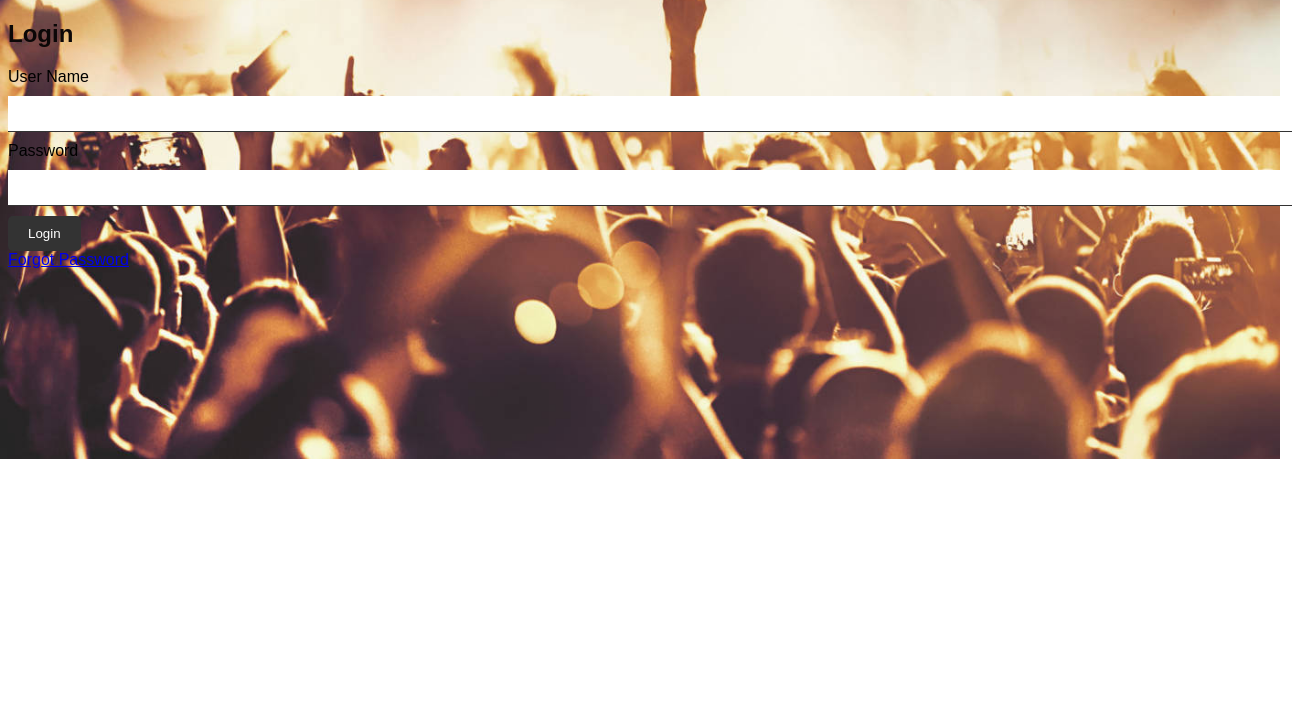
Repository: Dulankayapa/2ndyearoopprojrct
Page: http://localhost/feedback/login.jsp
These files come from the project's save history. The page is drawn as it stood at one moment and after the next save; the edit follows.
The browser window is 1280 px wide. The page is 1292 px wide, so the pictures cover 1292 px, including what lies to the right of the window. The pictures show the whole page.
The page is served by Tomcat 9.

Above is the page before, as saved 2023-10-23 03:12:20.

After the next save:
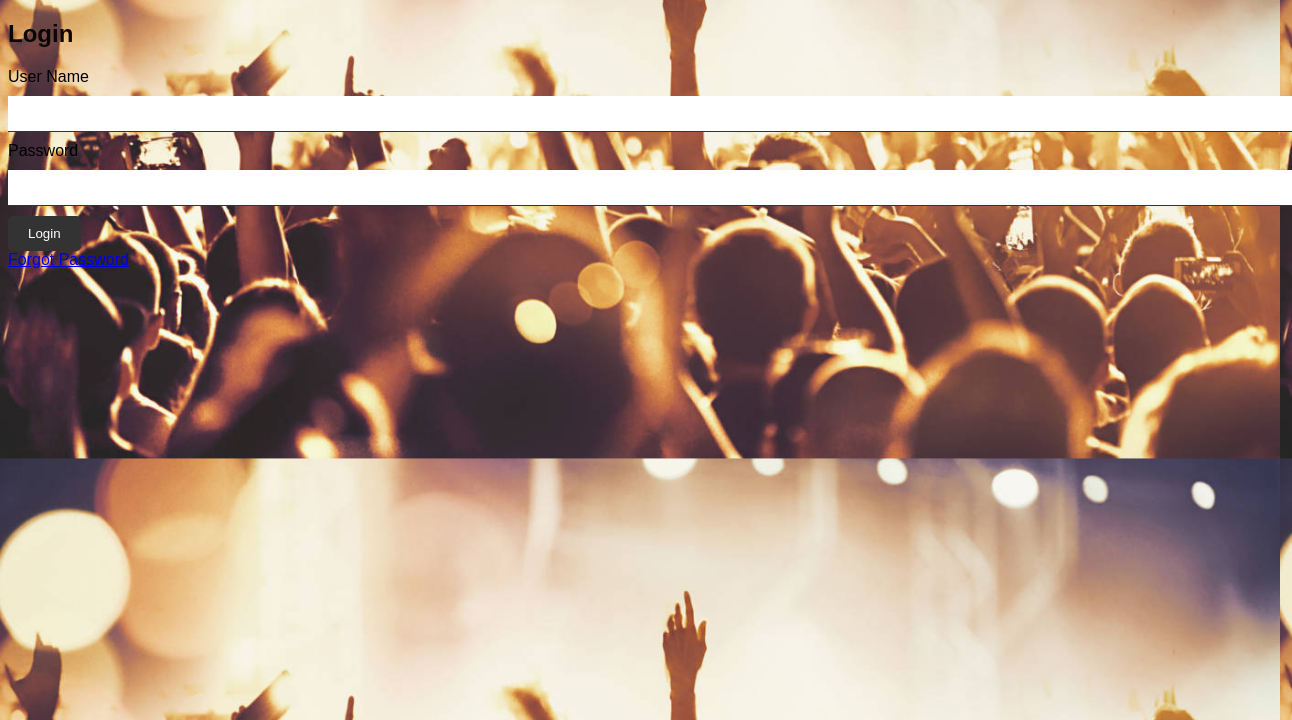
Saved 13 s later.
--- a/feedback/src/main/webapp/login.jsp
+++ b/feedback/src/main/webapp/login.jsp
@@ -8,7 +8,7 @@
              background-image: url("Case-Event-economics.jpg");
     background-size: cover;
     background-position: center;
-    background-repeat: no-repeat;
+
             font-family: Arial, sans-serif;
         }
 
